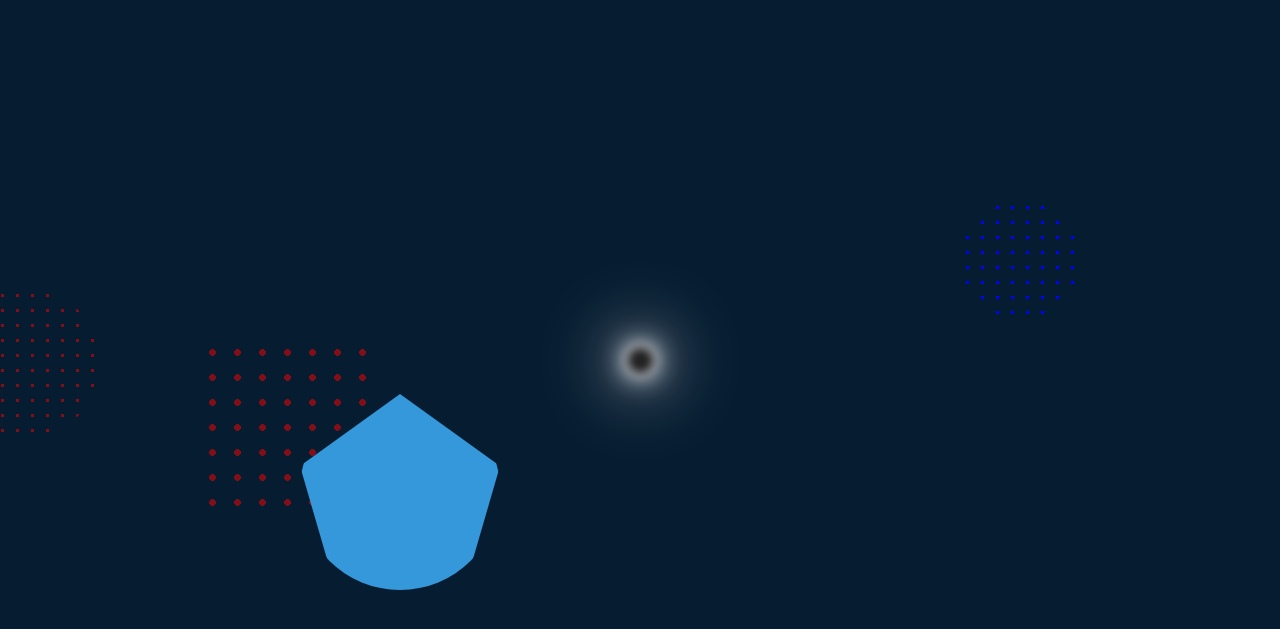
Repository: AdeniranZion/RC-Academy
Page: http://localhost/test/page.php
An editor plug-in stored every save of this project. The page is shown before and after the next save, followed by the edit.
The browser window is 1280 px wide. The pictures show the whole page.
The page is run by PHP 8.4 with error messages shown; the project is at /var/www/html/.

Above is the page before, as saved 2024-06-24 12:00:58.

### test/page.php
<!DOCTYPE html>
<html lang="en">
<head>
  <meta charset="utf-8" />
  <title>Neon Object Movement</title>
  <meta name="viewport" content="width=device-width, initial-scale=1, minimum-scale=1, maximum-scale=1" />
  <style>
    body, html {
      margin: 0;
      padding: 0;
      height: 100%;
      overflow: hidden; /* Prevent scrollbars */
    }

    .neon-container {
      position: relative;
      width: 100%;
      height: 100%;
      display: flex;
      justify-content: center;
      align-items: center;
      background-color: #061c30;
      overflow: hidden; /* Prevent object from going out of bounds */
    }

    .triangle {
      position: fixed;
      left: 300px;
      bottom: 130px;
      width: 200px; /* Adjust width as needed */
      height: 200px; /* Adjust height as needed */
      clip-path: polygon(50% 2%, 100% 38%, 82% 100%, 18% 100%, 0% 38%);
      background-color: #3498db; /* Adjust background color as needed */
      border-radius: 100px; /* Adjust border radius for smoothness */
      transition: transform 0.1s ease-out; /* Smooth movement */
    }

    .neon-object {
      position: absolute;
      width: 25px;
      height: 25px;
      border-radius: 50%;
      background-color: #222; /* Add a background color for visibility */
      box-shadow: 0 0 10px #fed, 0 0 20px #dde, 0 0 30px #fff, 0 0 40px #ddd, 0 0 70px #ddd, 0 0 80px #ddd, 0 0 100px #ddd, 0 0 150px #ddd;
      filter: blur(4px); /* Add Gaussian blur effect */
      pointer-events: none; /* Prevent mouse events on the object itself */
      transition: transform 0.1s ease-out; /* Smooth movement */
    }

    .neon-object-2 {
      width: 180px;
      height: 180px;
      border-radius: 3px;
      background-image: radial-gradient(circle, rgba(255, 0, 0, 0.5) 20%, transparent 5%); /* Dotted pattern */
      background-size: 25px 25px; /* Size of each dot */
      background-position: 0 0; /* Start position of background */
      position: fixed;
      bottom: 200px;
      left: 200px;
      transition: transform 0.1s ease-out; /* Smooth movement */
    }
    .neon-object-3 {
      width: 120px;
      height: 120px;
      border-radius: 100px;
      background-image: radial-gradient(circle, blue 15%, transparent 5%); /* Dotted pattern */
      background-size: 15px 15px; /* Size of each dot */
      background-position: 0 0; /* Start position of background */
      position: fixed;
      top: 200px;
      right: 200px;
      transition: transform 0.1s ease-out; /* Smooth movement */
    }

    /* Styling for the rotating circle */
    .rotating-circle {
      position: fixed;
      left: -50px; /* Adjust position as needed */
      top: 40%; /* Center vertically */
      width: 150px;
      height: 150px;
      border-radius: 50%;
      /* background-color: rgba(255, 0, 0, 0.5); */
      animation: rotate 4s linear infinite; /* Rotate animation */
      background-image: radial-gradient(circle, rgba(255, 0, 0, 0.5) 15%, transparent 5%); /* Dotted pattern */
      background-size: 15px 15px; /* Size of each dot */
      background-position: 0 0; /* Start position of background */
      position: fixed;
    }

    @keyframes rotate {
      from {
        transform: rotate(0deg);
      }
      to {
        transform: rotate(360deg);
      }
    }

  </style>
</head>
<body>
  <div class="neon-container">
    <div class="neon-object"></div>
    <div class="neon-object-2"></div>
    <div class="neon-object-3"></div>
    <div class="triangle"></div>
  </div>

  <!-- Rotating circle element -->
  <div class="rotating-circle"></div>

  <script>
    document.addEventListener('mousemove', function(e) {
      const neonObject = document.querySelector('.neon-object');
      const neonObject2 = document.querySelector('.neon-object-2');
      const neonObject3 = document.querySelector('.neon-object-3');
      const triangle = document.querySelector('.triangle');
      const container = document.querySelector('.neon-container');

      // Get the mouse position relative to the container
      const rect = container.getBoundingClientRect();
      const centerX = rect.left + rect.width / 2;
      const centerY = rect.top + rect.height / 2;

      // Calculate the distance from the center
      const distanceX = e.clientX - centerX;
      const distanceY = e.clientY - centerY;

      // Set a multiplier to control the trailing effect
      const multiplier = 0.04; // Adjust this value for the trailing effect

      // Update the position of neon-object with a trailing effect
      neonObject.style.transform = `translate(${multiplier * distanceX}px, ${multiplier * distanceY}px)`;

      // Update the position of neon-object-2 with the same trailing effect
      neonObject2.style.transform = `translate(${multiplier * distanceX}px, ${multiplier * distanceY}px)`;

      // Update the position of neon-object-3 with the opposite trailing effect
      neonObject3.style.transform = `translate(${-multiplier * distanceX}px, ${-multiplier * distanceY}px)`;

      // Update the position of neon-object-3 with the opposite trailing effect
      triangle.style.transform = `translate(${multiplier * distanceX}px, ${multiplier * distanceY}px)`;

    });
  </script>
</body>
</html>

After the next save:
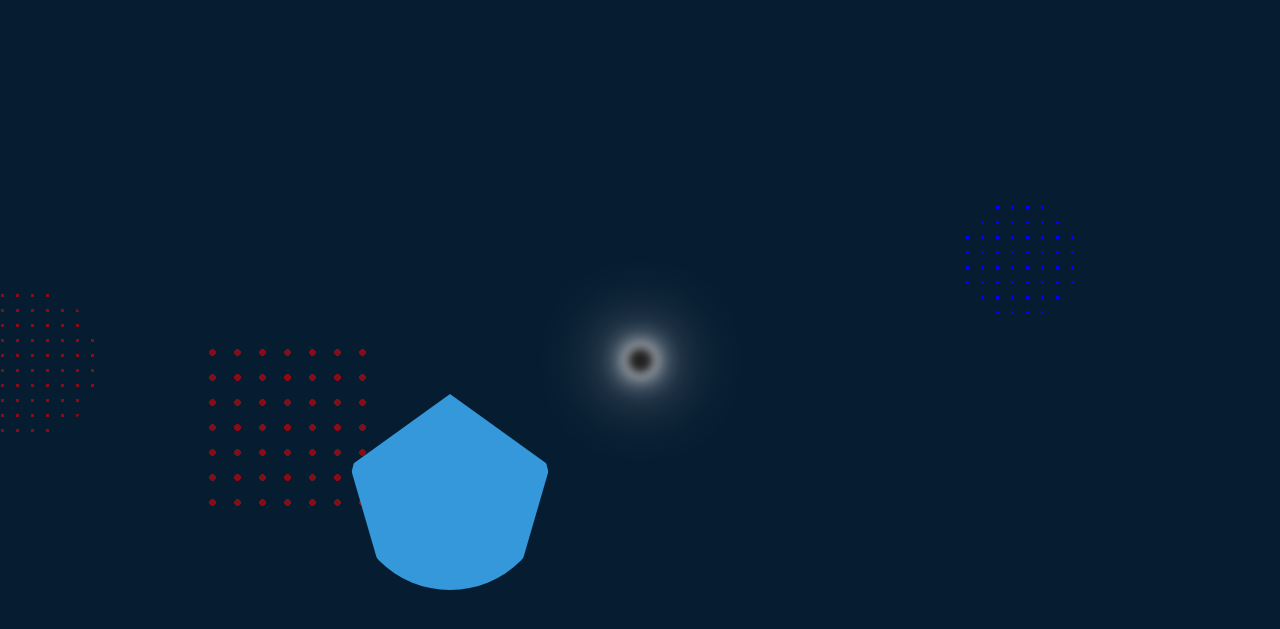
Saved 12 s later.
--- a/test/page.php
+++ b/test/page.php
@@ -25,7 +25,7 @@
 
     .triangle {
       position: fixed;
-      left: 300px;
+      left: 350px;
       bottom: 130px;
       width: 200px; /* Adjust width as needed */
       height: 200px; /* Adjust height as needed */
